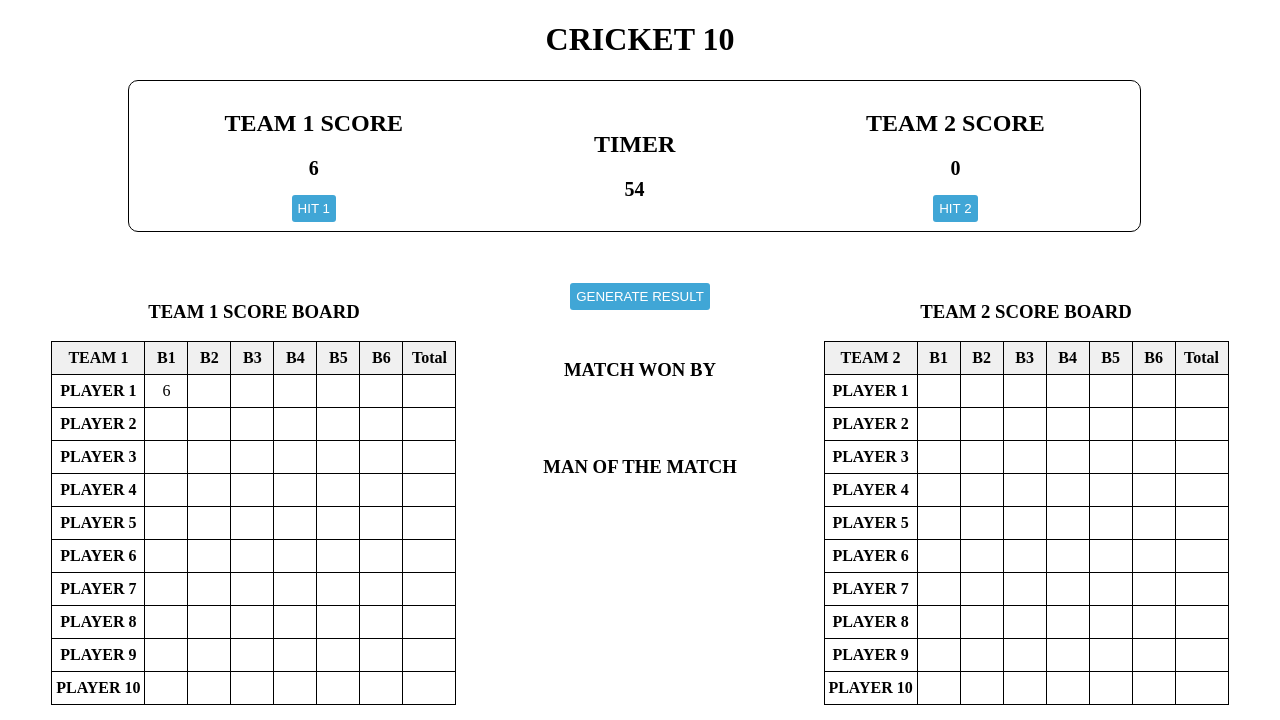
Repository: sm-karthi/GAndG-Cricket-game
Page: index.html
An editor plug-in stored every save of this project. The page is shown before and after the next save, followed by the edit.
The browser window is 1280 px wide. The pictures show the whole page.
After loading, the first visible `button` was clicked once.

Above is the page before, as saved 2025-04-28 10:06:51.

After the next save:
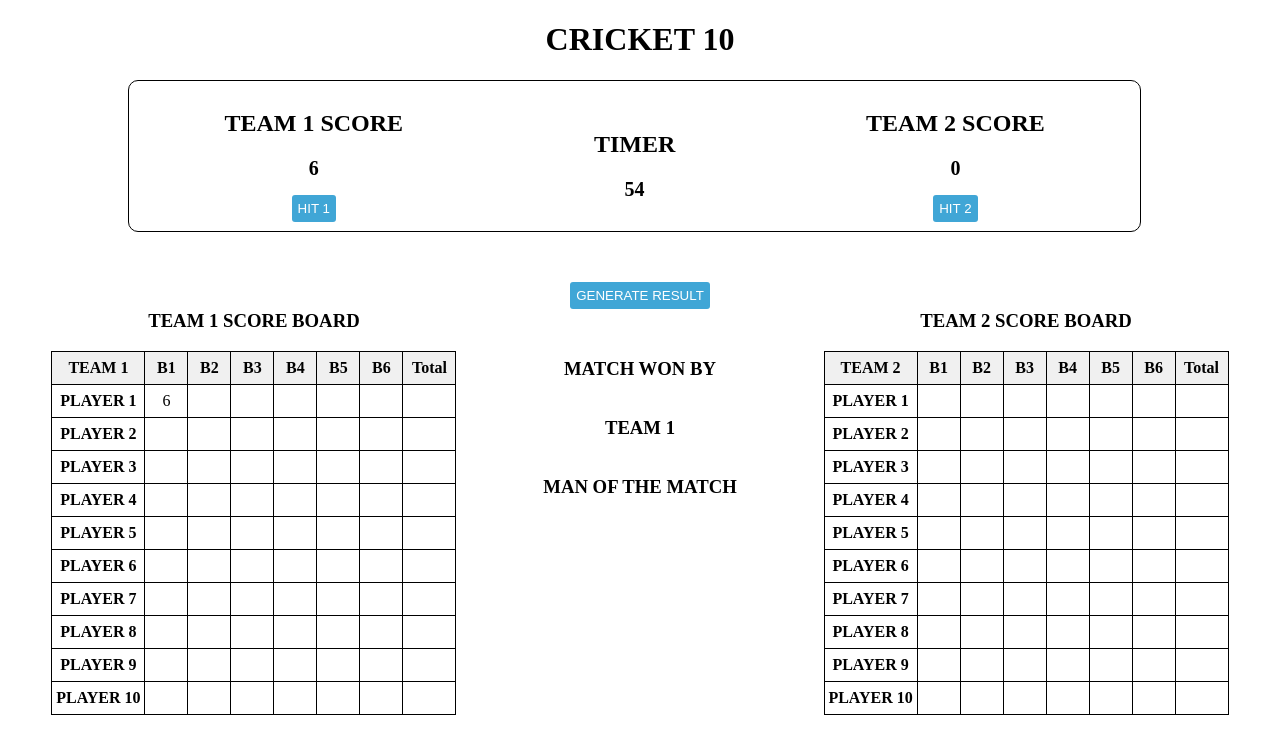
Saved 5 s later.
--- a/index.html
+++ b/index.html
@@ -327,6 +327,13 @@
             else {
                 team2Total = total;
             }
+
+
+            if (team1Total > team2Total) {
+                matchResult.innerText = "TEAM 1";
+            } else if (team2Total > team1Total) {
+                matchResult.innerText = "TEAM 2";
+            }
         }
 
         startTimer(1);
